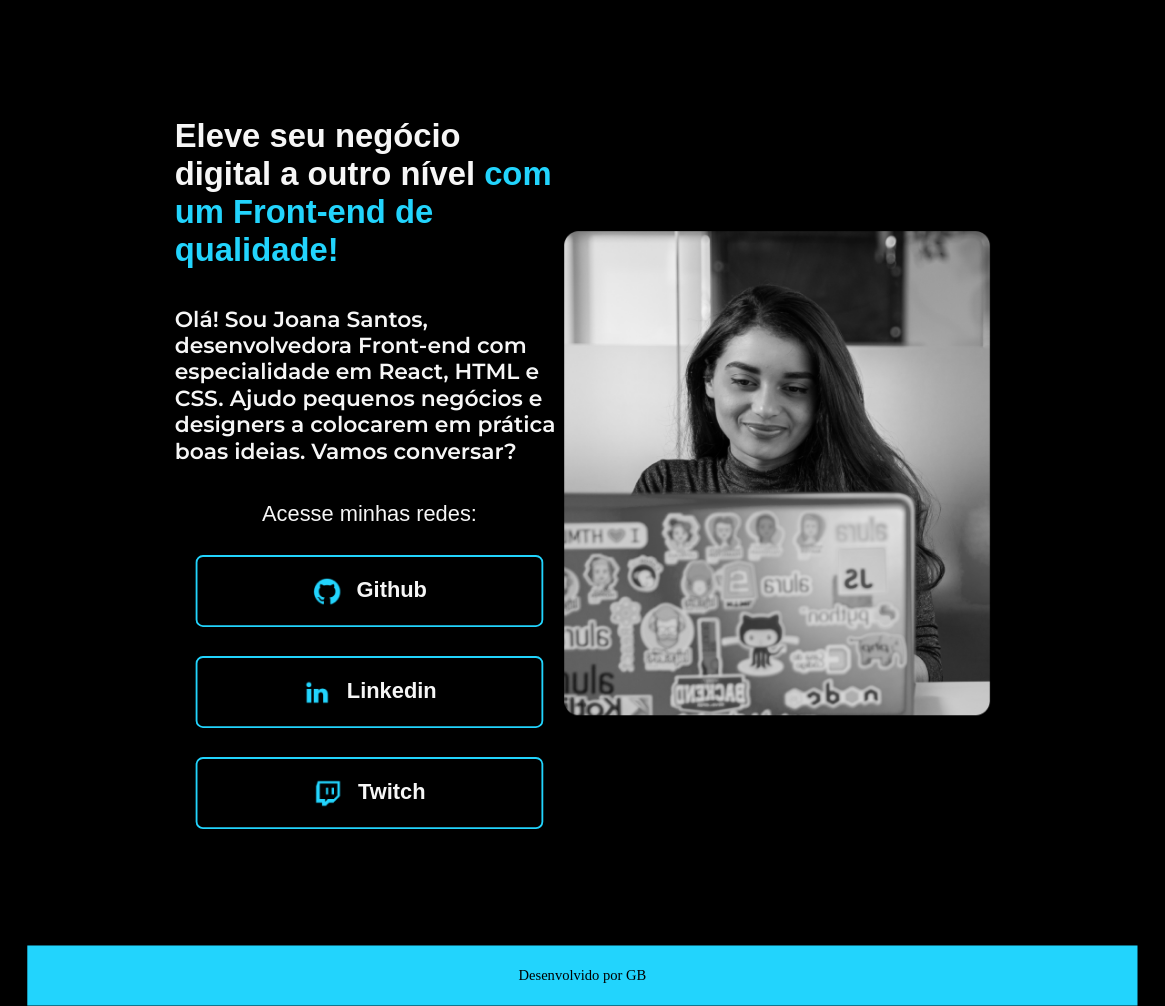
Repository: YoungAkira/CursoHtmlCss
Page: index.html
The author's editor kept a copy of each file at every save. The page is drawn from the files as they stood at one save, then again after the next save.
The browser window is 1280 px wide. The pictures show the whole page, at 91% of full size.
Some web fonts or font styles are not loaded; a fallback is used.

Above is the page before, as saved 2023-05-15 11:12:44.

After the next save:
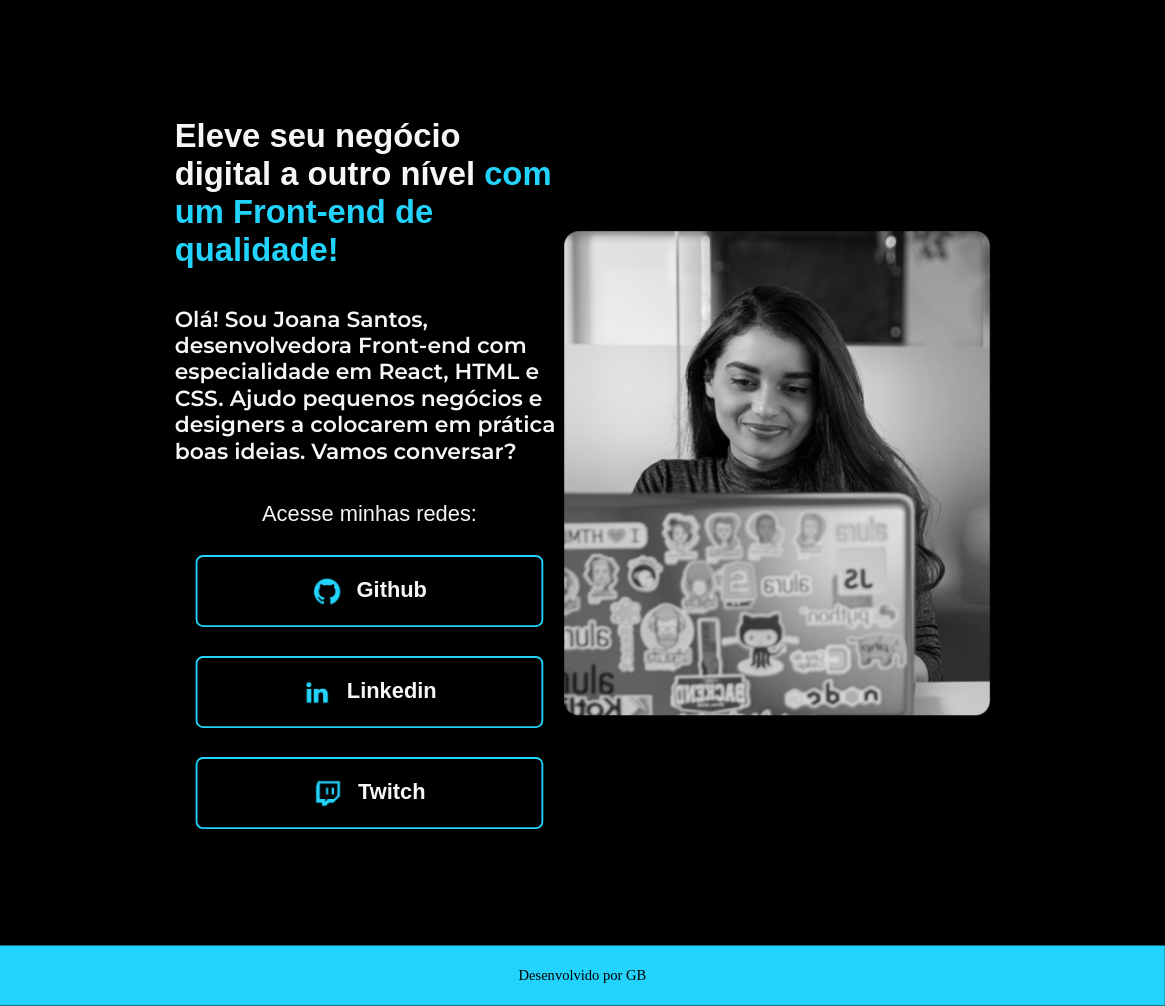
Saved 15 s later.
--- a/style.css
+++ b/style.css
@@ -93,5 +93,5 @@ body {
     background-color: #22D4FD;
     justify-content:center;
     padding: 24PX;
-    margin: 30px;
+    margin: 0;
 }
